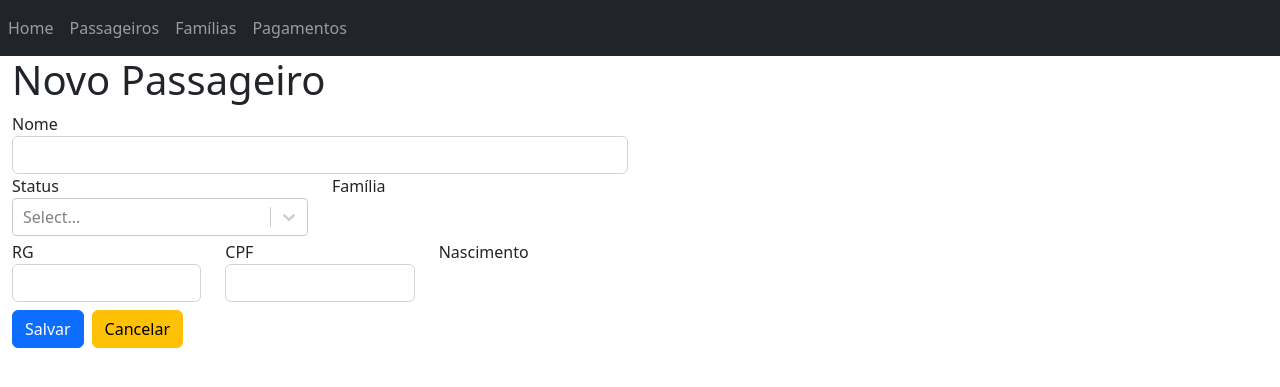
Repository: midianet/trip-web
Page: /passageiro/novo
The author's editor kept a copy of each file at every save. The page is drawn from the files as they stood at one save, then again after the next save.
The browser window is 1280 px wide. The pictures show the whole page.
The page's requests for data from a server got no answer. The project was rebuilt for these pictures with package versions that can differ from the ones it lists, and the page was loaded fresh each time. No one was signed in, and anything a server would have sent is missing. Also part of the build but not shown: src/home/home.css, src/home/index.js, src/family/FamilyList.js, src/family/FamilyForm.js, src/passenger/PassengerList.js, src/payment/PaymentList.js.

Above is the page before, as saved 2022-07-22 18:51:58.

### src/index.js
import React from 'react'
import ReactDOM from 'react-dom/client'
import App from './App'
import { BrowserRouter } from "react-router-dom"
import 'bootstrap/dist/css/bootstrap.css'

const root = ReactDOM.createRoot(document.getElementById('root'))

root.render(
  <BrowserRouter>
    <App />
  </BrowserRouter>
)

### src/App.js
import React from 'react'
import { Routes, Route} from "react-router-dom"
import { Nav, Alert } from './components'
import { Home } from './home'
import {FamilyList, FamilyForm } from './family'
import {PassengerList, PassengerForm } from './passenger'
import {PaymentList} from './payment';
import {setDefaultLocale } from  "react-datepicker"
import pt from 'date-fns/locale/pt'

import './App.css';

function App() {
  setDefaultLocale(pt)
  return (
    <div className="app-container">
        <Nav />
        <Alert />
        <div>
          <Routes>
            <Route path="/familia/:id" element={<FamilyForm /> }/>
            <Route exact path="/familia/novo" element={<FamilyForm />} />
            <Route exact path="/familia" element={<FamilyList />} />
            <Route path="/passageiro/:id" element={<PassengerForm /> }/>
            <Route exact path="/passageiro/novo" element={<PassengerForm />} />
            <Route exact path="/passageiro" element={<PassengerList />} />
            <Route exact path="/pagamento" element={<PaymentList />} />
            <Route exact path="/" element={<Home />} />
          </Routes>
        </div>
    </div>
  )
}

export default App

### src/components/index.js
export * from './Alert'
export * from './Nav'

### src/family/index.js
export * from './FamilyList'
export * from './FamilyForm'

### src/passenger/index.js
export * from './PassengerList'
export * from './PassengerForm'

### src/payment/index.js
export * from './PaymentList'
//export * from './PaymentForm'

### src/App.css
/* global styles*/
a { cursor: pointer; }

body, html {
  height: 100%;
  margin: 0;
}

.app-container {
    min-height: 100vh;
}

.btn-delete-user {
    width: 40px;
    text-align: center;
    box-sizing: content-box;
}

.disable-page-link{
  cursor: not-allowed;
  color: gray !important;
  pointer-events: none;
  opacity: 0.65;
  box-shadow: none;
}

.invalid-field {
    width: 100%;
    margin-top: 0.25rem;
    font-size: 0.875em;
    color: #dc3545;
}

.react-select-field{
    display: block;
    width: 100%;
    padding: 0.375rem 0.75rem;
    font-size: 1rem;
    font-weight: 400;
    line-height: 1.5;
    color: #212529;
    background-color: #fff;
    background-clip: padding-box;
    border: 1px solid #ced4da;
    appearance: none;
    border-radius: 0.375rem;
    transition: border-color 0.15s ease-in-out, box-shadow 0.15s ease-in-out;
}

### src/components/Alert.js
import React, { useState, useEffect } from 'react'
//import { useHistory } from 'react-router-dom'
import PropTypes from 'prop-types'

import { alertService, AlertType } from '../services'

const propTypes = {
    id: PropTypes.string,
    fade: PropTypes.bool
}

const defaultProps = {
    id: 'default-alert',
    fade: true
}

function Alert({ id, fade }) {
    //const history = useHistory();
    const [alerts, setAlerts] = useState([])

    useEffect(() => {
        // subscribe to new alert notifications
        const subscription = alertService.onAlert(id)
            .subscribe(alert => {
                // clear alerts when an empty alert is received
                if (!alert.message) {
                    setAlerts(alerts => {
                        // filter out alerts without 'keepAfterRouteChange' flag
                        const filteredAlerts = alerts.filter(x => x.keepAfterRouteChange)

                        // remove 'keepAfterRouteChange' flag on the rest
                        filteredAlerts.forEach(x => delete x.keepAfterRouteChange)
                        return filteredAlerts;
                    });
                } else {
                    // add alert to array
                    setAlerts(alerts => ([...alerts, alert]));

                    // auto close alert if required
                     if (alert.autoClose) {
                         setTimeout(() => removeAlert(alert), 3000)
                     }
                }
            });

        // clear alerts on location change
        //const historyUnlisten = history.listen(({ pathname }) => {
            // don't clear if pathname has trailing slash because this will be auto redirected again
          //  if (pathname.endsWith('/')) return;

            //alertService.clear(id);
        //});

        // clean up function that runs when the component unmounts
        return () => {
            // unsubscribe & unlisten to avoid memory leaks
            subscription.unsubscribe();
            //historyUnlisten();
        };
    }, []);

    function removeAlert(alert) {
        if (fade) {
            // fade out alert
            const alertWithFade = { ...alert, fade: true };
            setAlerts(alerts => alerts.map(x => x === alert ? alertWithFade : x))

            // remove alert after faded out
            setTimeout(() => {
                setAlerts(alerts => alerts.filter(x => x !== alertWithFade))
            }, 250)
        } else {
            // remove alert
            setAlerts(alerts => alerts.filter(x => x !== alert))
        }
    }

    function cssClasses(alert) {
        if (!alert) return

        const classes = ['alert', 'alert-dismissable']

        const alertTypeClass = {
            [AlertType.Success]: 'alert alert-success',
            [AlertType.Error]: 'alert alert-danger',
            [AlertType.Info]: 'alert alert-info',
            [AlertType.Warning]: 'alert alert-warning'
        }

        classes.push(alertTypeClass[alert.type])

        if (alert.fade) {
            classes.push('fade')
        }

        return classes.join(' ')
    }

    if (!alerts.length) return null;

    return (
        <div className="container">
            <div className="m-3">
                {alerts.map((alert, index) =>
                    <div key={index} className={cssClasses(alert)}>
                        <a style={{float:'right'}} onClick={() => removeAlert(alert)}>&times;</a>
                        <span dangerouslySetInnerHTML={{__html: alert.message}}></span>
                    </div>
                )}
            </div>
        </div>
    )
}

Alert.propTypes = propTypes
Alert.defaultProps = defaultProps

export { Alert }

### src/components/Nav.js
import React from 'react'
import { Link } from "react-router-dom"


function Nav() {
    return (
        <nav className="navbar navbar-expand navbar-dark bg-dark">
            <div className="navbar-nav">
                <Link to="/" className="nav-item nav-link">Home</Link>
                <Link to="/passageiro" className="nav-item nav-link">Passageiros</Link>
                <Link to="/familia" className="nav-item nav-link">Famílias</Link>
                <Link to="/pagamento" className="nav-item nav-link">Pagamentos</Link>
            </div>
        </nav>
    )
}

export { Nav }

### src/passenger/PassengerForm.js
import React, { useEffect, useState} from 'react'
import { Link, useParams, useNavigate} from 'react-router-dom'
import { Controller, useForm, useWatch } from "react-hook-form"
import { yupResolver } from '@hookform/resolvers/yup'
import Select from "react-select"
import DatePicker from "react-datepicker"
import * as Yup from 'yup'

import "react-datepicker/dist/react-datepicker.css"

import {alertService} from '../services'

function PassengerForm() {
    let { id } = useParams()
    let navigate = useNavigate()
    const isAddMode = !id
    const [families , setFamilies]  = useState([])
    const [loaded,setLoaded] = useState(false)
    const [startDate, setStartDate] = useState(new Date());

    const statusList = [
        { value: 'INTERESTED', label: "Interessado" },
        { value: 'ASSOCIATED', label: "Associado" },
        { value: 'CONFIRMED', label: "Confirmado" }
      ];

    const validationScheme = Yup.object().shape({
        name: Yup.string().required('Nome é obrigatório'),
        status: Yup.string().required('Status é obrigatório')
    })

    const {control, register, handleSubmit, watch, reset, setValue, formState: { errors, isSubmitting }} = useForm({
        resolver: yupResolver(validationScheme)
    });

    useEffect(() => {
        loadFamilies()
    }, [])

    useEffect(() =>{
        loadPassenger()
    },[families])

    function onSubmit(data) {
        return isAddMode ? create(data) : update(id, data)
    }

    function create(data) {
        const requestOptions = {
            method: 'POST',
            headers: { 'Content-Type': 'application/json' },
            body: JSON.stringify(data)
        }

        fetch(`${process.env.REACT_APP_API}/passenger`,requestOptions )
        .then(response => {
            if(response.status === 201) {
                alertService.success('Passageiro criado com sucesso', { keepAfterRouteChange: true })
                return navigate("/passageiro")
            }
            throw response
        })
        .catch(err => {
            console.log(err)
            alertService.error("Erro ao cadastrar Passageiro")
        })
    }

    function update(updateId, data) {
        const requestOptions = {
            method: 'PUT',
            headers: { 'Content-Type': 'application/json' },
            body: JSON.stringify(data)
        }
        fetch(`${process.env.REACT_APP_API}/passenger/${updateId}`,requestOptions )
        .then(response => {
            if(response.ok) {
                alertService.success('Passageiro alterado com sucesso', { keepAfterRouteChange: true })
                return navigate("/passageiro")
            }
            throw response
        })
        .catch(err => {
            console.log(err)
            alertService.error("Erro ao alterar Passageiro")
        })
    }

    function loadPassenger(){
        if (!isAddMode) {
            fetch(`${process.env.REACT_APP_API}/passenger/${id}`)
            .then(response => {
                if(response.ok) return response.json()
                throw response
            })
            .then(response => {
                const fields = ['name','status','family','rg']
                fields.forEach(field => setValue(field, response[field]))
                setValue('birthdate', response.birthdate ? new Date(response.birthdate) : null)
            })
            .catch(err => {
                console.log(err)
                alertService.error("Erro ao obter Passageiro")
            })
        }
    }

    function loadFamilies(){
        fetch(`${process.env.REACT_APP_API}/family?size=-1`)
        .then(response => {
            if(response.ok) return response.json()
            throw response
        })
        .then(response => {
            setFamilies(response.content)
            setLoaded(true)
        })
        .catch(err => {
            console.log(err)
            setLoaded(true)
            alertService.error("Erro ao listar Famílias")
        })
    }

    return (
        loaded ? (
            <div className="container-fluid">
                <form onSubmit={handleSubmit(onSubmit)} onReset={reset}>
                    <h1>{isAddMode ? 'Novo Passageiro' : 'Edição de Passageiro'}</h1>
                    <div className="row">
                        <div className="form-group col-6">
                            <label>Nome</label>
                            <input type="text" maxLength="20" {...register("name")} className={`form-control ${errors.name ? 'is-invalid' : ''}`} />
                            <div className="invalid-feedback">{errors.name?.message}</div>
                        </div>
                    </div>
                    <div className="row">
                        <div className="form-group col-3">
                            <label>Status</label>
                            <Controller control={control} name="status"
                            rules={{ required: true }}
                            render={({field}) => (
                                <Select {...field}
                                    className={`${errors.status ? 'is-invalid' : ''}`}
                                    options={statusList}
                                    value={statusList.find(e => e.value === field.value)}
                                    onChange={(e) => setValue('status', e.value)}
                                />
                            )}/>
                            <div className="invalid-field">{errors.status?.message}</div>
                        </div>
                        <div className="form-group col-3">
                            <label>Família</label>

                        </div>
                    </div>
                    <div className="row">
                        <div className="form-group col-2">
                            <label>RG</label>
                            <input type="text" maxLength="101" {...register("rg")} className={`form-control ${errors.rg ? 'is-invalid' : ''}`} />
                        </div>
                        <div className="form-group col-2">
                            <label>CPF</label>
                            <input type="text" maxLength="101" {...register("cpf")} className={`form-control ${errors.cpf ? 'is-invalid' : ''}`} />
                        </div>
                        <div className="form-group col-2">
                            <label>Nascimento</label>

                        </div>
                    </div>
                    <div className="form-row mt-2">
                        <div className="form-group">
                            <button type="submit" disabled={isSubmitting} className="btn btn-primary">
                                {isSubmitting && <span className="spinner-border spinner-border-sm mr-1"></span>}
                                Salvar
                            </button>
                            <Link to="/passageiro" className="btn btn-warning mx-2">Cancelar</Link>
                        </div>
                    </div>
                </form>
            </div>
        ) : <div></div>
    )
}

export { PassengerForm }

### src/services/index.js
export * from './alert.service'

### src/services/alert.service.js
import { Subject } from 'rxjs'
import { filter } from 'rxjs/operators'

const alertSubject = new Subject()
const defaultId = 'default-alert'

export const alertService = {
    onAlert,
    success,
    error,
    info,
    warn,
    alert,
    clear
};

export const AlertType = {
    Success: 'Success',
    Error: 'Error',
    Info: 'Info',
    Warning: 'Warning'
}

// enable subscribing to alerts observable
function onAlert(id = defaultId) {
    return alertSubject.asObservable().pipe(filter(x => x && x.id === id))
}

// convenience methods
function success(message, options) {
    alert({ ...options, type: AlertType.Success, message })
}

function error(message, options) {
    alert({ ...options, type: AlertType.Error, message })
}

function info(message, options) {
    alert({ ...options, type: AlertType.Info, message })
}

function warn(message, options) {
    alert({ ...options, type: AlertType.Warning, message })
}

// core alert method
function alert(alert) {
    alert.id = alert.id || defaultId
    alert.autoClose = (alert.autoClose === undefined ? true : alert.autoClose)
    alertSubject.next(alert)
}

// clear alerts
function clear(id = defaultId) {
    alertSubject.next({ id })
}

Loaded but not shown: public/index.html (common file)

After the next save:
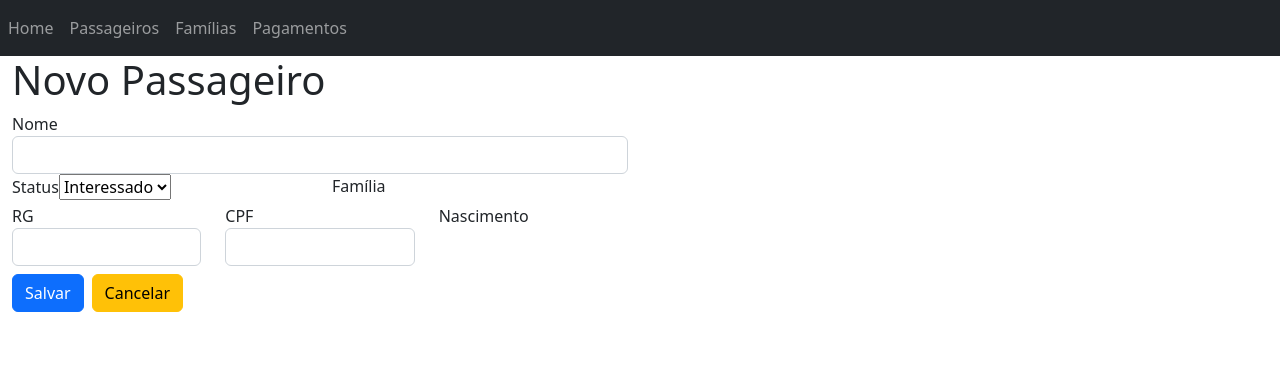
Saved 2 min 8 s later.
--- a/src/passenger/PassengerForm.js
+++ b/src/passenger/PassengerForm.js
@@ -140,12 +140,9 @@ function PassengerForm() {
                             <Controller control={control} name="status"
                             rules={{ required: true }}
                             render={({field}) => (
-                                <Select {...field}
-                                    className={`${errors.status ? 'is-invalid' : ''}`}
-                                    options={statusList}
-                                    value={statusList.find(e => e.value === field.value)}
-                                    onChange={(e) => setValue('status', e.value)}
-                                />
+                                <select {...field} value={statusList.find(e => e.value === field.value)} onChange={(e) => setValue('status', e.value)}>
+                                    {statusList.map((option) => (<option value={option.value}>{option.label}</option>))}
+                                </select>
                             )}/>
                             <div className="invalid-field">{errors.status?.message}</div>
                         </div>
